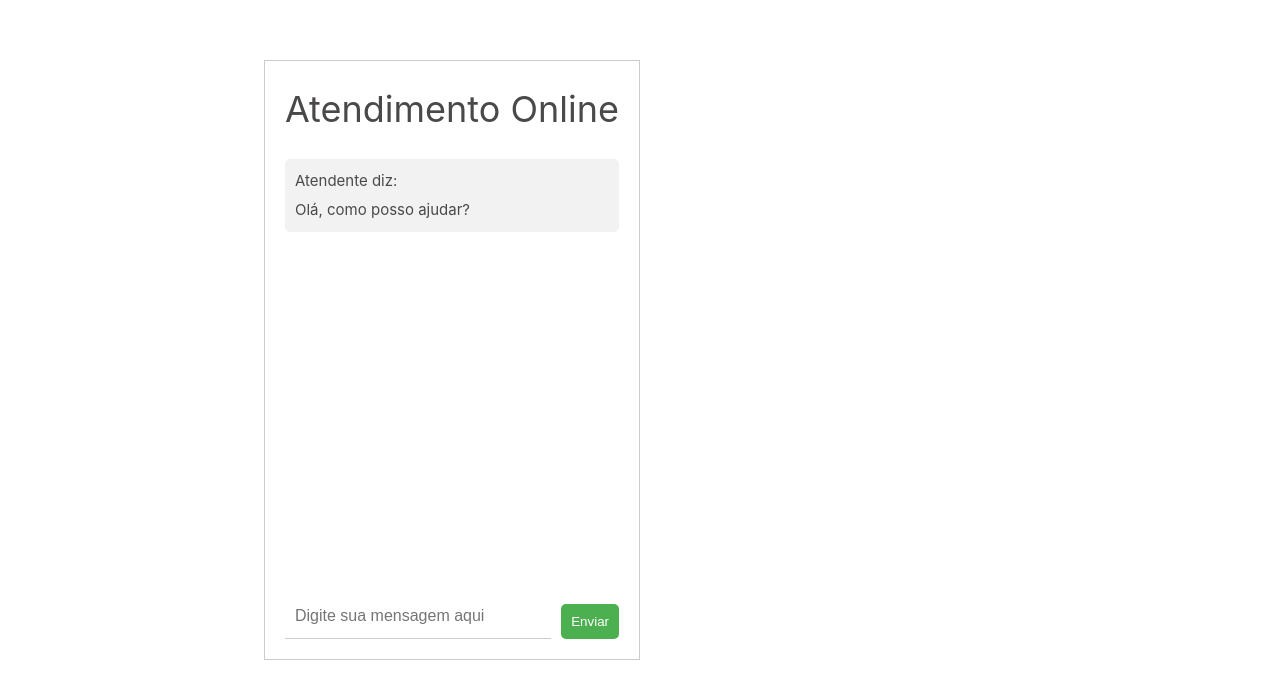
Repository: GabrielGuinzani/vueChat
Page: /
An editor plug-in stored every save of this project. The page is shown before and after the next save, followed by the edit.
The browser window is 1280 px wide. The pictures show the whole page.
Some web libraries are served in a nearby version. The project was rebuilt for these pictures with package versions that can differ from the ones it lists, and the page was loaded fresh each time. Also part of the build but not shown: vite.config.js.

Above is the page before, as saved 2023-04-19 11:54:11.

### index.html

<!DOCTYPE html>
<html lang="pt-br">
<head>
  <meta charset="UTF-8">
  <title>Vue Chat App</title>
  <script src="https://unpkg.com/vue@3.2.6/dist/vue.global.js"></script>
</head>
<body>
  <div id="app">
  </div>

  <script type="module" src="/src/main.js"></script>
</body>
</html>

### src/App.vue

<template>
  <div id="chat-screen">
    <div class="titulo">
      <h2>Atendimento Online</h2>
    </div>
    <div class="messages-list" ref="messagesList">
      <div class="message-item message-fixed">
        <div class="msg-user"><strong>Atendente diz:</strong></div>
        <div class="msg-chat">Olá, como posso ajudar?</div>
      </div>
      <div v-for="(message, index) in messages" :key="index" :class="[message.type === 'user' ? 'message-item2' : 'message-item']">
        <div class="msg-user" v-if="message.type === 'user'"><strong>{{ message.author }} diz:</strong></div>
        <div class="msg-chat">{{ message.text }}</div>
      </div>
    </div>
    <form id="form-chat-send" @submit.prevent="sendMessage">
      <input id="message" type="text" class="typebar" v-model="messageText" placeholder="Digite sua mensagem aqui">
      <button type="submit" class="botao">Enviar</button>
    </form>
  </div>
</template>


<script>
export default {
  data() {
    return {
      messages: [],
      messageText: ''
    }
  },
  methods: {
    sendMessage() {
      const messageText = this.messageText.trim();
      if (messageText !== '') {
        this.messages.push({
          type: 'user',
          author: 'Você',
          text: messageText
        });
        this.messageText = '';
        this.$nextTick(() => {
          this.scrollToBottom();
        });
      }
    },
    scrollToBottom() {
      this.$refs.messagesList.scrollTop = this.$refs.messagesList.scrollHeight;
    }
  }
}
</script>

<style>
body {
  display: flex;
  justify-content: center;
  align-items: center;
  height: 50%;
  width:;
}

#chat-screen {
  width: 100%;
  height: 600px;
  margin: 0 auto;
  border: 1px solid #ccc;
  background-color: #fff;
  padding: 20px;
  display: flex;
  flex-direction: column;
}

.titulo {
  text-align: center;
  font-size: 24px;
  margin-bottom: 20px;
  color: rgb(75, 72, 72);
}

.messages-list {
  flex: 1;
  overflow-y: auto;
}

.message-item {
  background-color: #f2f2f2;
  border-radius: 5px;
  padding: 10px;
  margin-bottom: 10px;
  color: rgb(75, 72, 72);
}

.message-item2 {
  background-color: #e6f7ff;
  border-radius: 5px;
  padding: 10px;
  margin-bottom: 10px;
  color: rgb(75, 72, 72);
}

.msg-user {
  margin-bottom: 5px;
  color: rgb(75, 72, 72);
}

.msg-chat {
  color: rgb(75, 72, 72);
}

.typebar {
  width: 100%;
  padding: 10px;
  border: none;
  border-bottom: 1px solid #ccc;
  margin-right: 10px;
  font-size: 16px;
  color: rgb(75, 72, 72);
}

.botao {
  background-color: #4CAF50;
  color: #fff;
  border: none;
  border-radius: 5px;
  padding: 10px;
  margin-top: 10px;
  cursor: pointer;
}


  .botao:hover {
    background-color: #0b4e27;
    cursor: pointer;
  }

  #form-chat-send {
    display: flex;
    justify-content: center;
    margin-top: 20px;
  }
</style>

Loaded but not shown: src/main.js (common file); src/assets/main.css (common file); src/assets/base.css (common file)

After the next save:
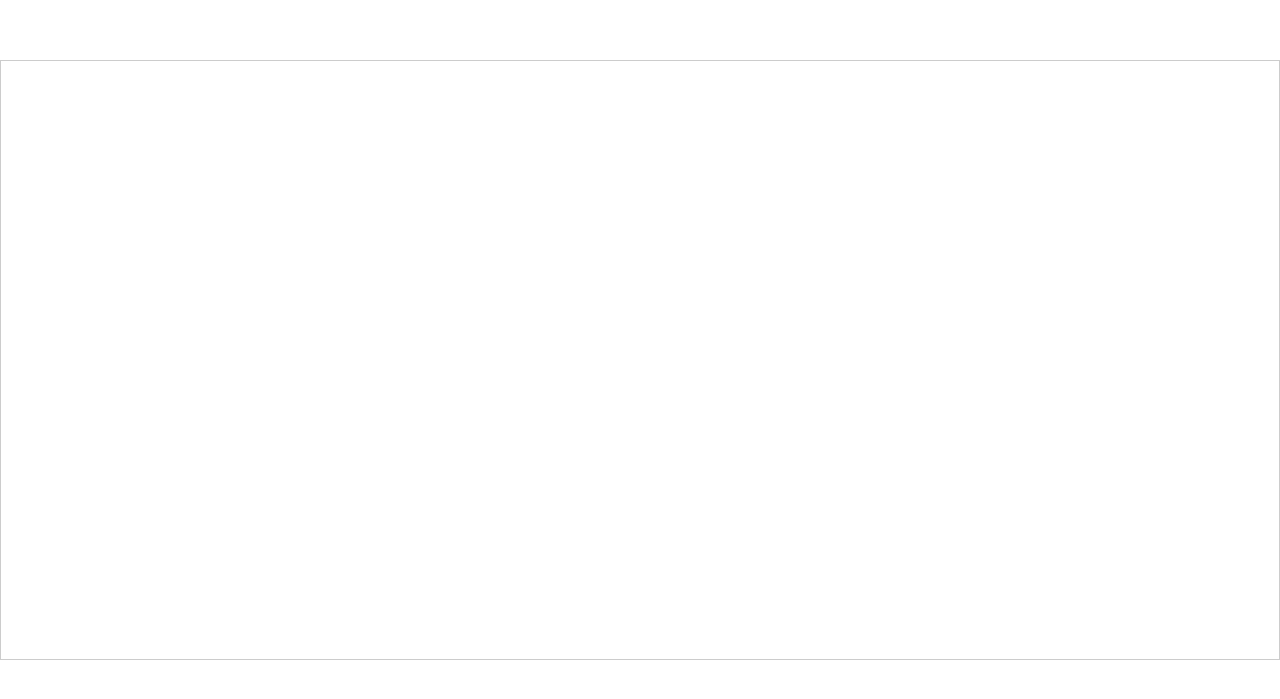
Saved 15 s later.
--- a/index.html
+++ b/index.html
@@ -7,7 +7,7 @@
   <script src="https://unpkg.com/vue@3.2.6/dist/vue.global.js"></script>
 </head>
 <body>
-  <div id="app">
+  <div id="chat-screen">
   </div>
 
   <script type="module" src="/src/main.js"></script>
